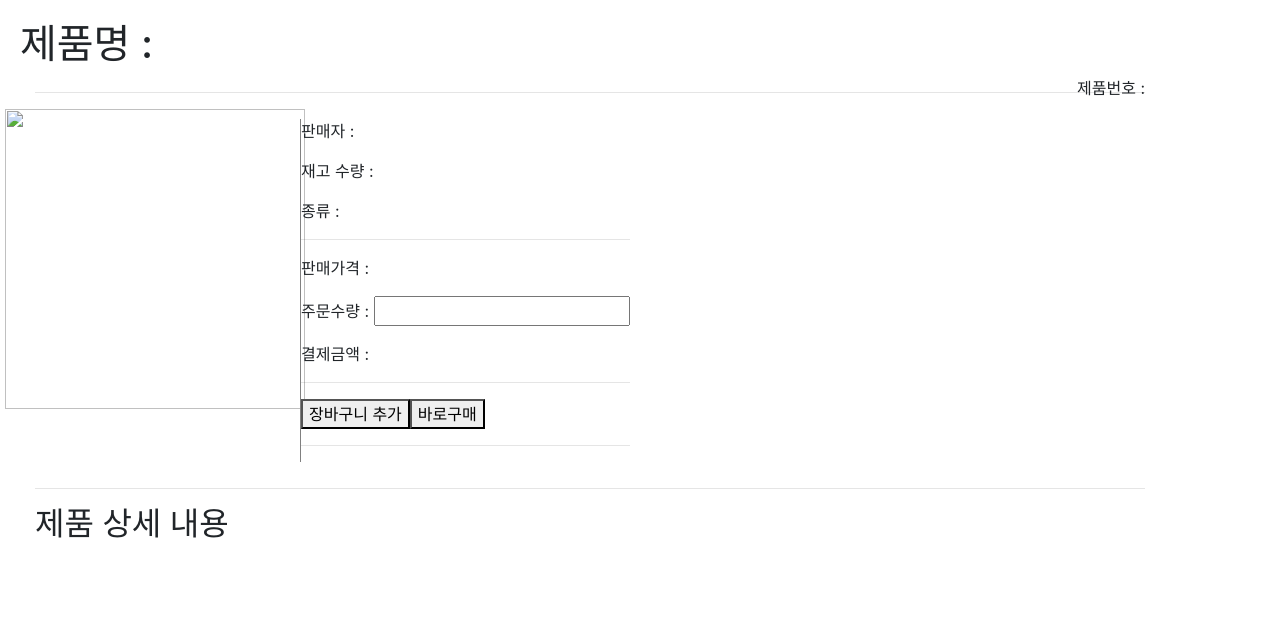
Repository: phoresis92/KITRI-spring
Page: http://localhost/springWeb2/WEB-INF/views/product/detail.jsp
An editor plug-in stored every save of this project. The page is shown before and after the next save, followed by the edit.
The browser window is 1280 px wide. The pictures show the whole page.
Some web libraries are served in a nearby version. The page is served by Tomcat 9. Nobody is signed in. The template is opened directly, without the code that normally fills it, so the values that code supplies are empty.

Above is the page before, as saved 2019-02-01 03:42:51.
Console error: SyntaxError: Unexpected token ';'

### springWeb2/src/main/webapp/WEB-INF/views/product/detail.jsp
<%@ page language="java" contentType="text/html; charset=UTF-8"
    pageEncoding="UTF-8"%>
<%@ taglib prefix="c" uri="http://java.sun.com/jsp/jstl/core" %>
<!DOCTYPE html>
<html>
<head>
<meta charset="UTF-8">
<title>Insert title here</title>

  <meta name="viewport" content="width=device-width, initial-scale=1">
  <link rel="stylesheet" href="https://maxcdn.bootstrapcdn.com/bootstrap/4.2.1/css/bootstrap.min.css">
  <script src="https://ajax.googleapis.com/ajax/libs/jquery/3.3.1/jquery.min.js"></script>
  <script src="https://cdnjs.cloudflare.com/ajax/libs/popper.js/1.14.6/umd/popper.min.js"></script>
  <script src="https://maxcdn.bootstrapcdn.com/bootstrap/4.2.1/js/bootstrap.min.js"></script>


<script>

function calcTotal(){
var price = ${ p.price };
var quan = $('#quantity').val();

var result = price*quan;
	if(isNaN(result)){
		$('#totalPay').text("숫자를 입력해주세요!");

	}else{
		$('#totalPay').text(result);

	}
}//calcTotal end

var param = "num="+${ p.cate };
$.ajax({
	type: 'GET',
	url: '${pageContext.request.contextPath}/cate/getName',
	data: param,
	success: function(result){
		var data = JSON.parse(result);

		$('#ca').text(data.grand+" : "+data.pa+" : "+data.my);

	}
})

</script>

<style>

.container{
	margin: 20px;
}

</style>

</head>
<body>


<div class="container">

	<div class="row">
	<h1>제품명 : ${ p.title }</h1>
	</div>
	<div class="float-right">제품번호 : ${ p.num }</div>
	<hr>
	<div class="row clearfix">
		<div class="float-left">
			<div class="row">
				<img src="${ p.img1 }" height="300" width="300"/>
			</div>
			<c:if test="${ not empty p.img2 }">
				<img src="${ p.img2 }" height="100" width="100"/>
			</c:if>
			<c:if test="${ not empty p.img3 }">
			<img src="${ p.img3 }" height="100" width="100"/>
			</c:if>
			<c:if test="${ not empty p.img4 }">
			<img src="${ p.img4 }" height="100" width="100"/>
			</c:if>
		</div>

		<div class="float-right" style="border-left:1px solid gray; margin:10px">
			<p>판매자 : ${ p.seller }</p>
			<p>재고 수량 : ${ p.quantity }</p>
			<p>종류 : <span id="ca"></span></p>
			<hr>
			<p>판매가격 : <span id="price">${ p.price }</span></p>
			<p>주문수량 : <input type="text" id="quantity" onkeyup="calcTotal()"></p>
			<p>결제금액 : <span id="totalPay"></span></p>
			<hr>
			<span><button>장바구니 추가</button><button>바로구매</button></span>
			<hr>
		</div>

	</div>

	<hr>

	<div>

	<h2>제품 상세 내용</h2>
	<p>${ p.content }</p>

	</div>

</div>






<%--
<table>

<tr>
<td colspan="3"></td>
</tr>
<tr></tr>

<tr>
<td>${ p.num }</td>
<td>${ p.title }</td>
<td>${ p.seller }</td>
<td>${ p.cate }</td>
<td>${ p.quantity }</td>
<td>${ p.content }</td>
<td>${ p.price }</td>
<td><img src="${ p.img1 }" height="100" width="100"/></td>
<td><img src="${ p.img2 }" height="100" width="100"/></td>
<td><img src="${ p.img3 }" height="100" width="100"/></td>
<td><img src="${ p.img4 }" height="100" width="100"/></td>
</tr>
</table>
 --%>
</body>
</html>

After the next save:
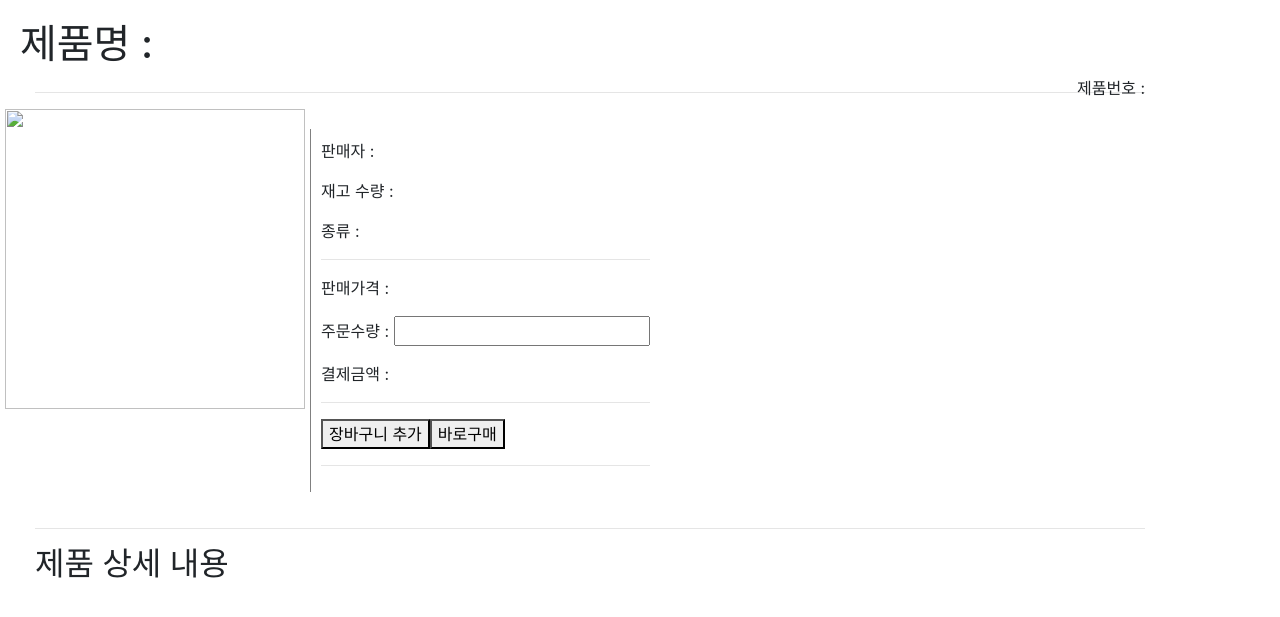
Saved 58 s later.
--- a/springWeb2/src/main/webapp/WEB-INF/views/product/detail.jsp
+++ b/springWeb2/src/main/webapp/WEB-INF/views/product/detail.jsp
@@ -80,7 +80,7 @@ $.ajax({
 			</c:if>
 		</div>
 
-		<div class="float-right" style="border-left:1px solid gray; margin:10px">
+		<div class="float-right" style="border-left:1px solid gray; margin:20px; padding: 10px;">
 			<p>판매자 : ${ p.seller }</p>
 			<p>재고 수량 : ${ p.quantity }</p>
 			<p>종류 : <span id="ca"></span></p>
